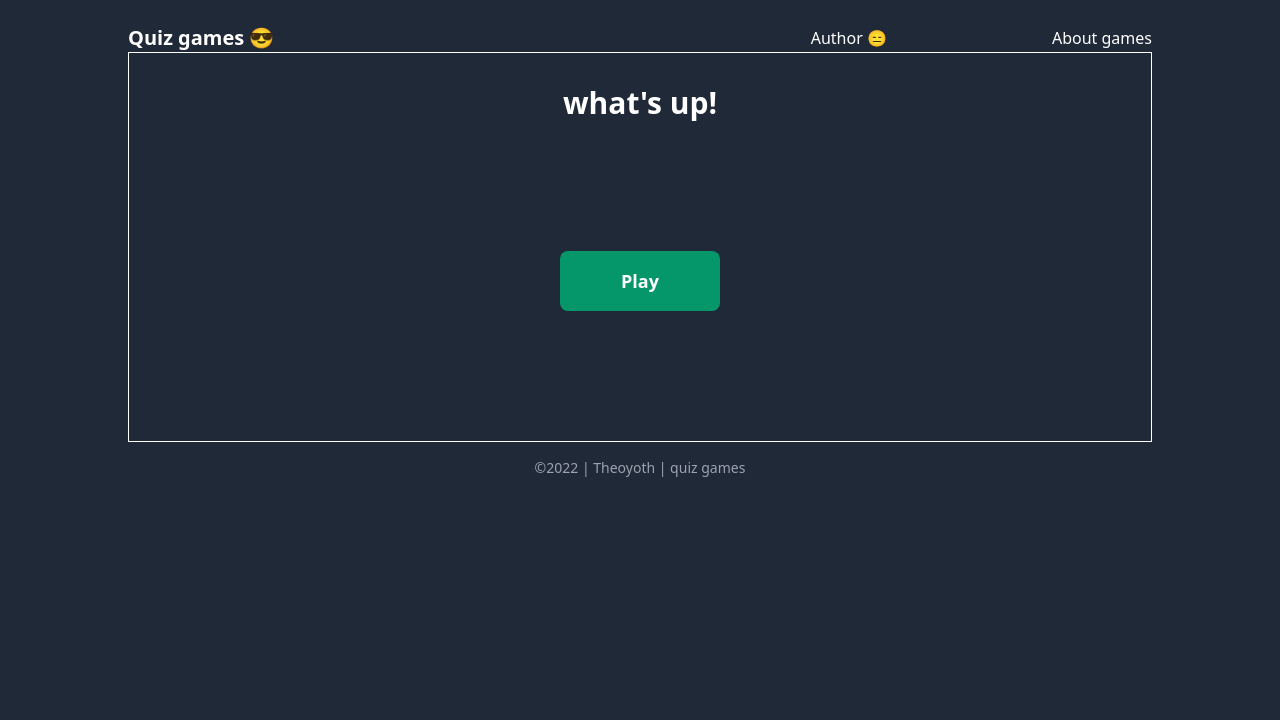
Repository: theoyoth/quiz-game
Page: /
The author's editor kept a copy of each file at every save. The page is drawn from the files as they stood at one save, then again after the next save.
The browser window is 1280 px wide. The pictures show the whole page.
The project was rebuilt for these pictures with package versions that can differ from the ones it lists, and the page was loaded fresh each time. The framework's server and built-in components were replaced by stand-ins that run in the browser. Also part of the build but not shown: nuxt.config.js, components/Loading.vue, layouts/404.vue, layouts/error.vue, layouts/errorLayout.vue. Imported but missing from the stored project, and not drawn on this page: components/EndPage.vue.

Above is the page before, as saved 2022-06-16 15:58:22.

After the next save:
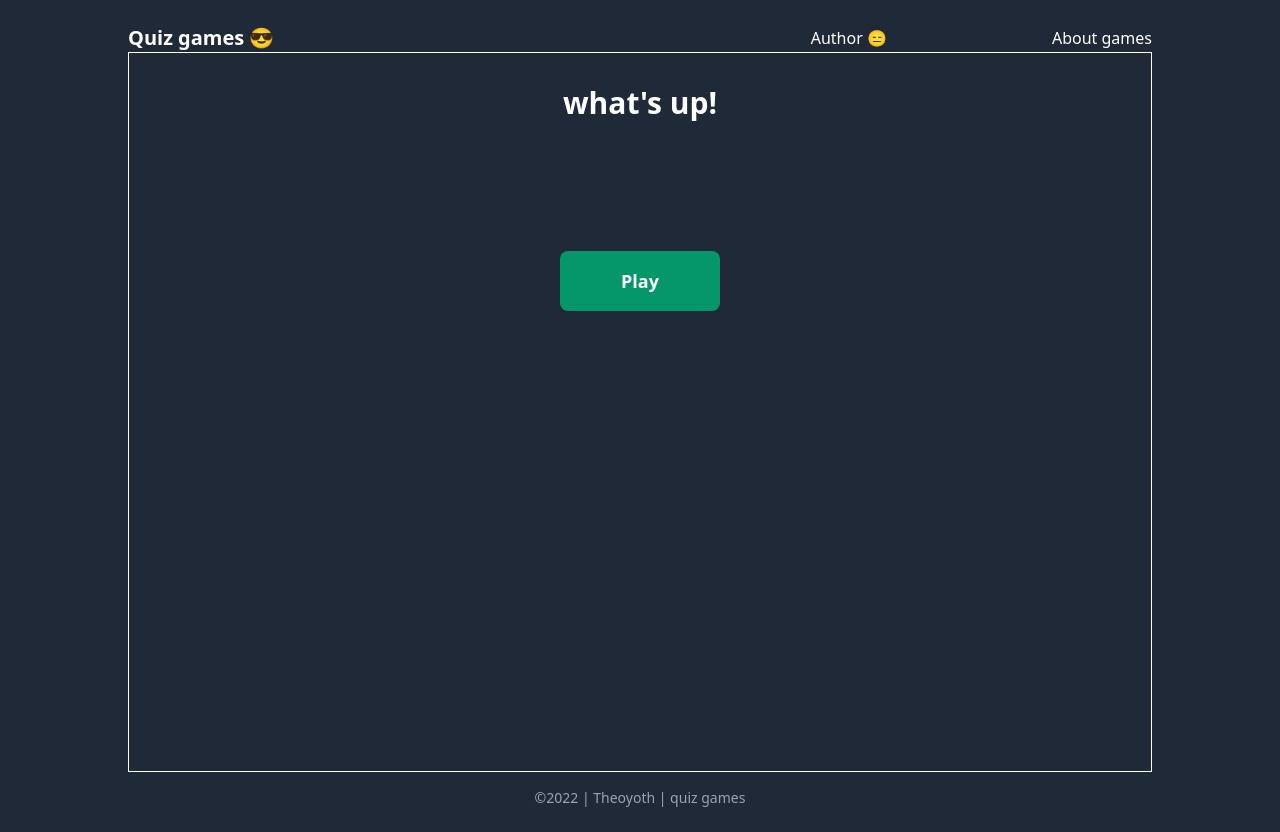
Saved 9 s later.
--- a/pages/index.vue
+++ b/pages/index.vue
@@ -1,5 +1,5 @@
 <template>
-  <div class="h-1/2 border border-1 border-white">
+  <div class="h-screen border border-1 border-white">
     <h1 class="text-3xl mt-8 font-bold text-center">what's up!</h1>
     <div class="flex items-center justify-center h-80">
       <NuxtLink to="/game">

After the save that followed:
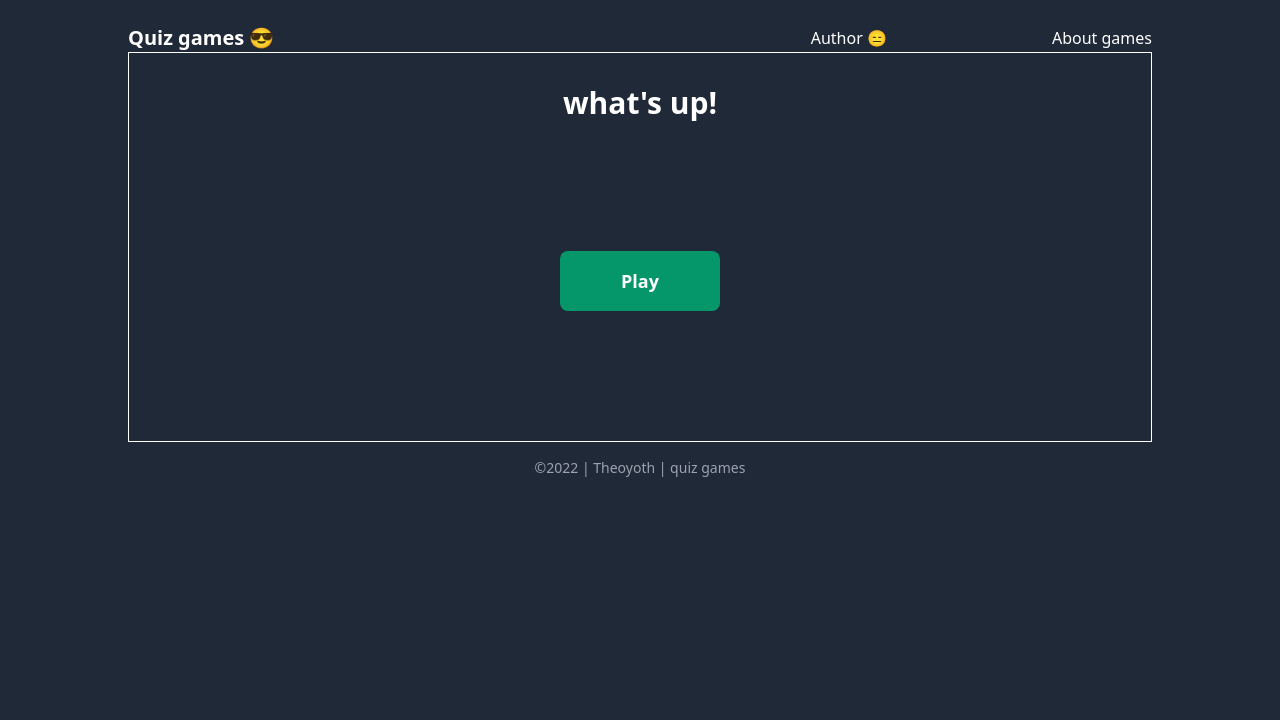
Saved 58 s later.
--- a/pages/index.vue
+++ b/pages/index.vue
@@ -1,5 +1,5 @@
 <template>
-  <div class="h-screen border border-1 border-white">
+  <div class="h-5/6 border border-1 border-white">
     <h1 class="text-3xl mt-8 font-bold text-center">what's up!</h1>
     <div class="flex items-center justify-center h-80">
       <NuxtLink to="/game">
